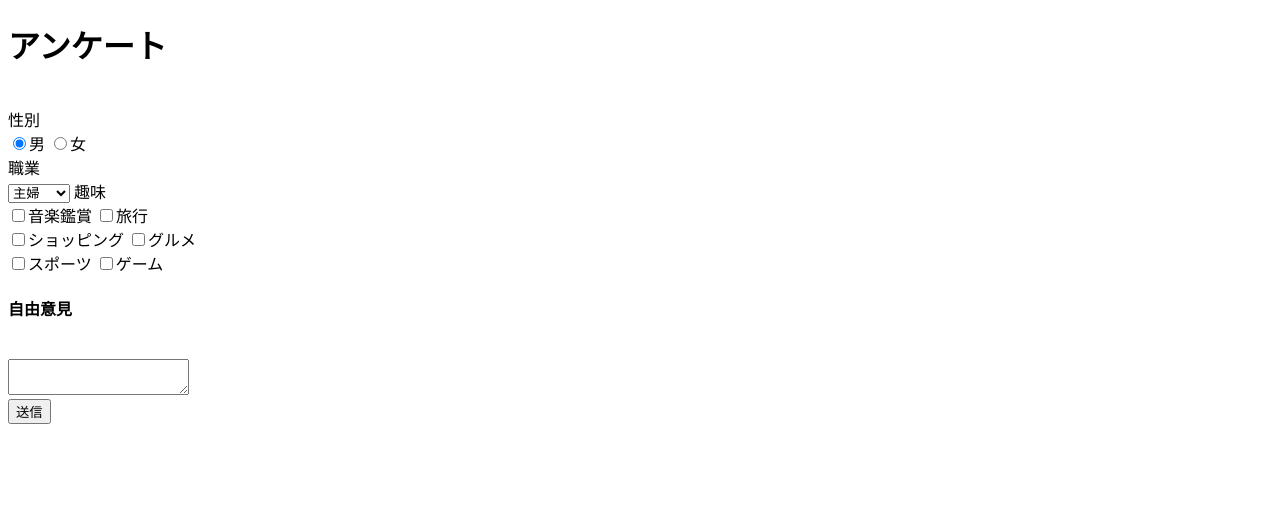
Repository: aiueo20/18ca0155
Page: SSP/kadai0202/WebContent/index.html
The author's editor kept a copy of each file at every save. The page is drawn from the files as they stood at one save, then again after the next save.
The browser window is 1280 px wide. The pictures show the whole page.

Above is the page before, as saved 2018-11-26 06:25:55.

### SSP/kadai0202/WebContent/index.html
<!DOCTYPE html>
<html>
<head>
<meta charset="UTF-8">
<title>Insert title here</title>
</head>
<body>
	<form action="/kadai0202/EnqServlet" method="get">
		<h1>アンケート</h1><br>
		性別<br><input type="radio" name="gender" value="男" checked>男
		<input type="radio" name="gender" value="女">女<br>
		職業<br>
		<select name = "job">
			<option value = "主婦">主婦</option>
			<option value = "会社員">会社員</option>
			<option value = "その他">その他</option>
		</select>
		趣味<br>
		<input type="checkbox" name="hobby" value="音楽鑑賞">音楽鑑賞
		<input type="checkbox" name="hobby" value="旅行">旅行<br>
		<input type="checkbox" name="hobby" value="ショッピング">ショッピング
		<input type="checkbox" name="hobby" value="グルメ">グルメ<br>
		<input type="checkbox" name="hobby" value="スポーツ">スポーツ
		<input type="checkbox" name="hobby" value="ゲーム">ゲーム<br>

		<h4>自由意見</h4><br>
		<textarea name="tarea"></textarea><br>
		<input type="submit" value="送信">
	</form>
</body>
</html>

After the next save:
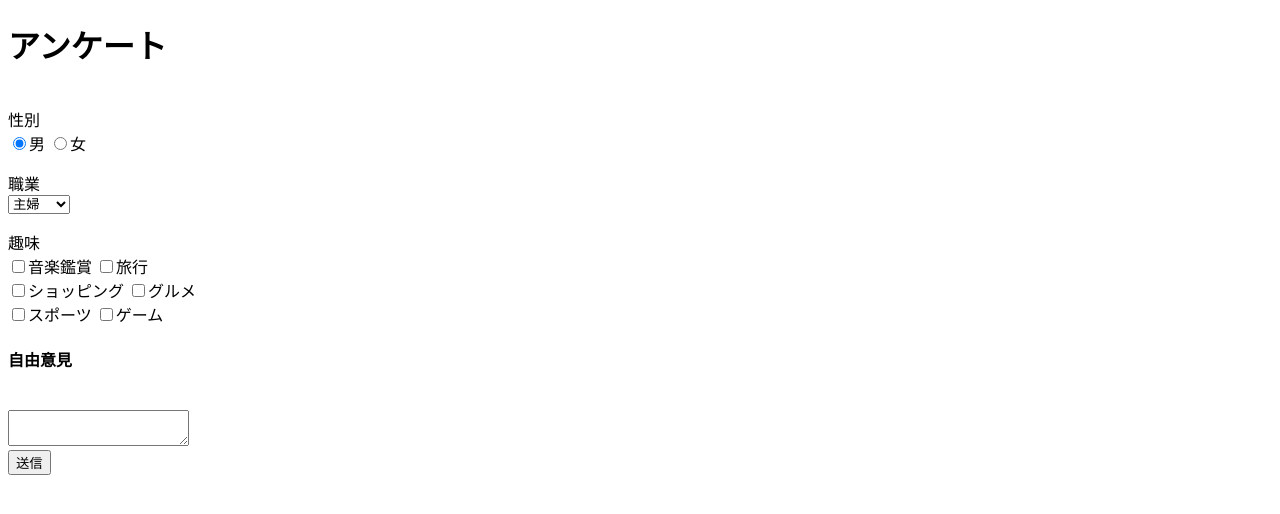
Saved 10 s later.
--- a/SSP/kadai0202/WebContent/index.html
+++ b/SSP/kadai0202/WebContent/index.html
@@ -9,12 +9,12 @@
 		<h1>アンケート</h1><br>
 		性別<br><input type="radio" name="gender" value="男" checked>男
 		<input type="radio" name="gender" value="女">女<br>
-		職業<br>
+		<p>職業<br>
 		<select name = "job">
 			<option value = "主婦">主婦</option>
 			<option value = "会社員">会社員</option>
 			<option value = "その他">その他</option>
-		</select>
+		</select></p>
 		趣味<br>
 		<input type="checkbox" name="hobby" value="音楽鑑賞">音楽鑑賞
 		<input type="checkbox" name="hobby" value="旅行">旅行<br>

After the save that followed:
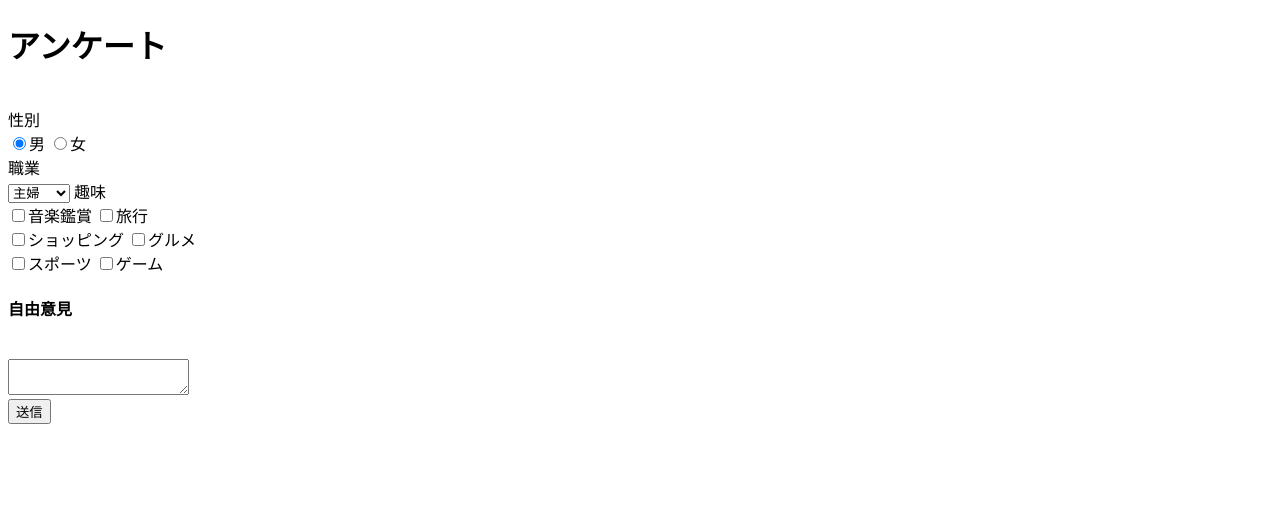
Saved 84 s later.
--- a/SSP/kadai0202/WebContent/index.html
+++ b/SSP/kadai0202/WebContent/index.html
@@ -9,12 +9,12 @@
 		<h1>アンケート</h1><br>
 		性別<br><input type="radio" name="gender" value="男" checked>男
 		<input type="radio" name="gender" value="女">女<br>
-		<p>職業<br>
+		職業<br>
 		<select name = "job">
 			<option value = "主婦">主婦</option>
 			<option value = "会社員">会社員</option>
 			<option value = "その他">その他</option>
-		</select></p>
+		</select>
 		趣味<br>
 		<input type="checkbox" name="hobby" value="音楽鑑賞">音楽鑑賞
 		<input type="checkbox" name="hobby" value="旅行">旅行<br>
